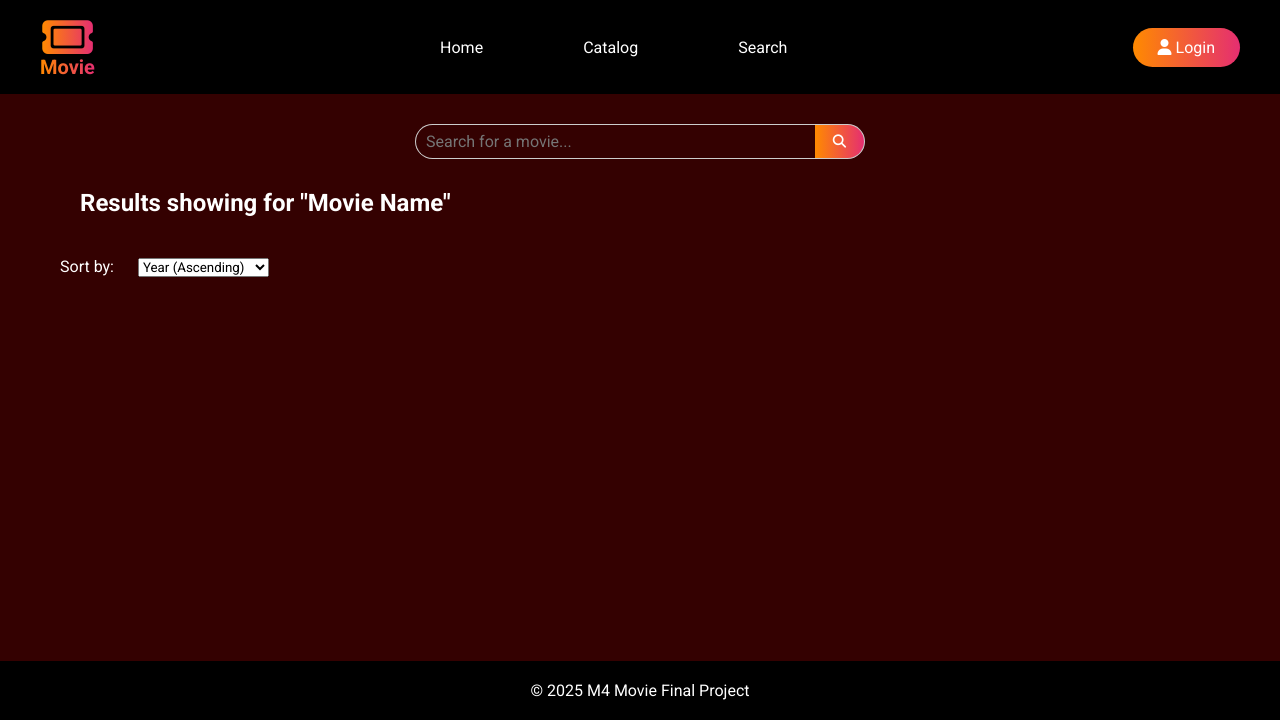
Repository: avivanguyen/m4_movie-FinalProject
Page: index.html
An editor plug-in stored every save of this project. The page is shown before and after the next save, followed by the edit.
The browser window is 1280 px wide. The pictures show the whole page.
Some web libraries are served in a nearby version.

Above is the page before, as saved 2025-12-30 07:59:26.

After the next save:
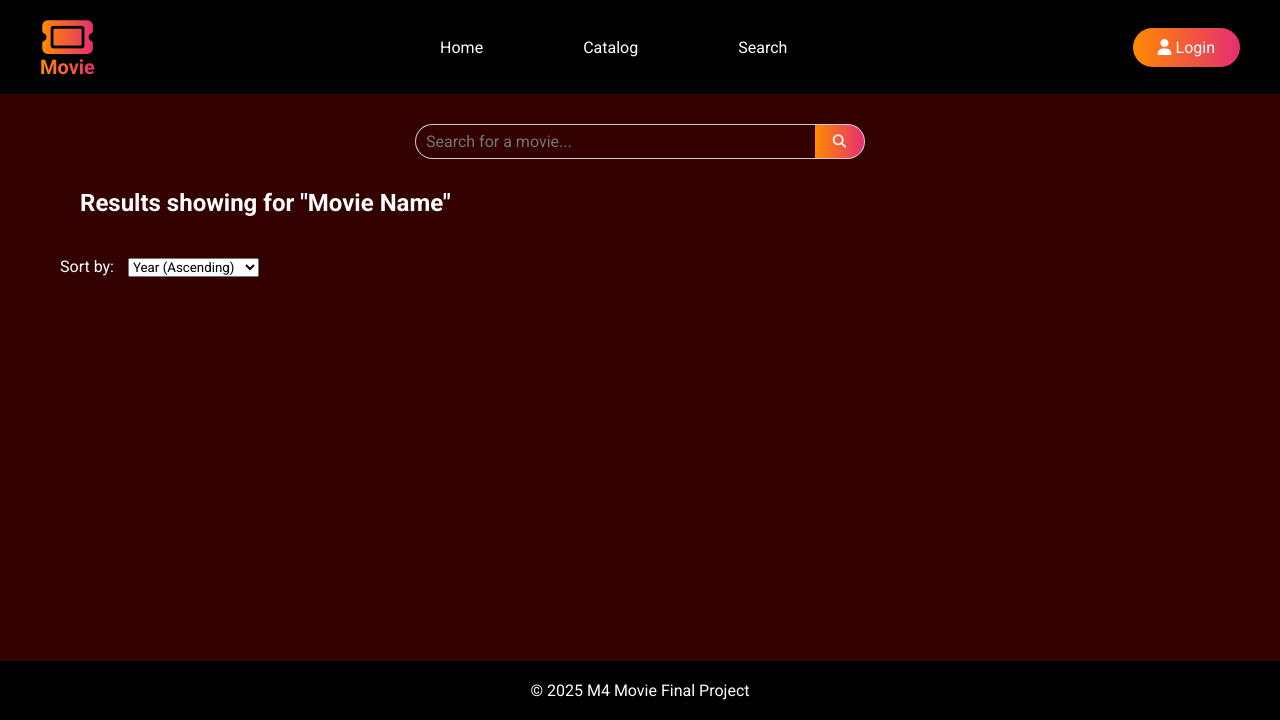
Saved 6 s later.
--- a/styles.css
+++ b/styles.css
@@ -149,7 +149,7 @@ SEARCH STYLES
 
 .sort label {
     color: white;
-    margin-right: 20px;
+    margin-right: 10px;
 }
 
 /*
